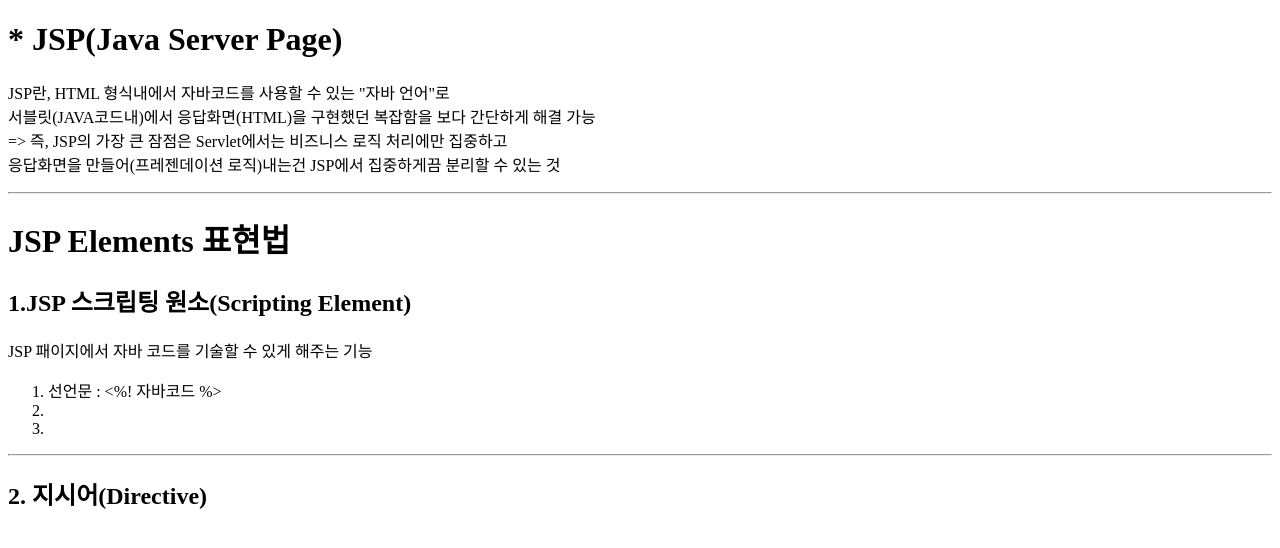
Repository: BrianH29/BH_webserver_workspace1
Page: webserver_workspace1/2_JSP/WebContent/index.html
An editor plug-in stored every save of this project. The page is shown before and after the next save, followed by the edit.
The browser window is 1280 px wide. The pictures show the whole page.

Above is the page before, as saved 2020-08-31 01:13:46.

After the next save:
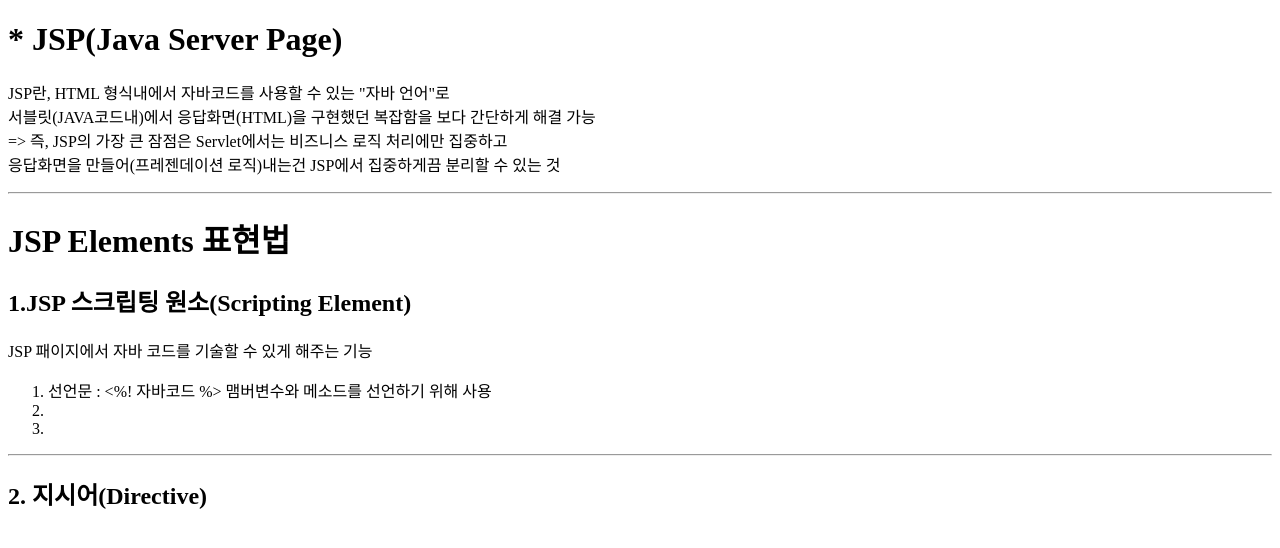
Saved 25 s later.
--- a/webserver_workspace1/2_JSP/WebContent/index.html
+++ b/webserver_workspace1/2_JSP/WebContent/index.html
@@ -25,6 +25,7 @@
 	<ol>
 		<li>
 			선언문 : &lt;%! 자바코드 %&gt;
+			맴버변수와 메소드를 선언하기 위해 사용
 		</li>
 		<li>
 
